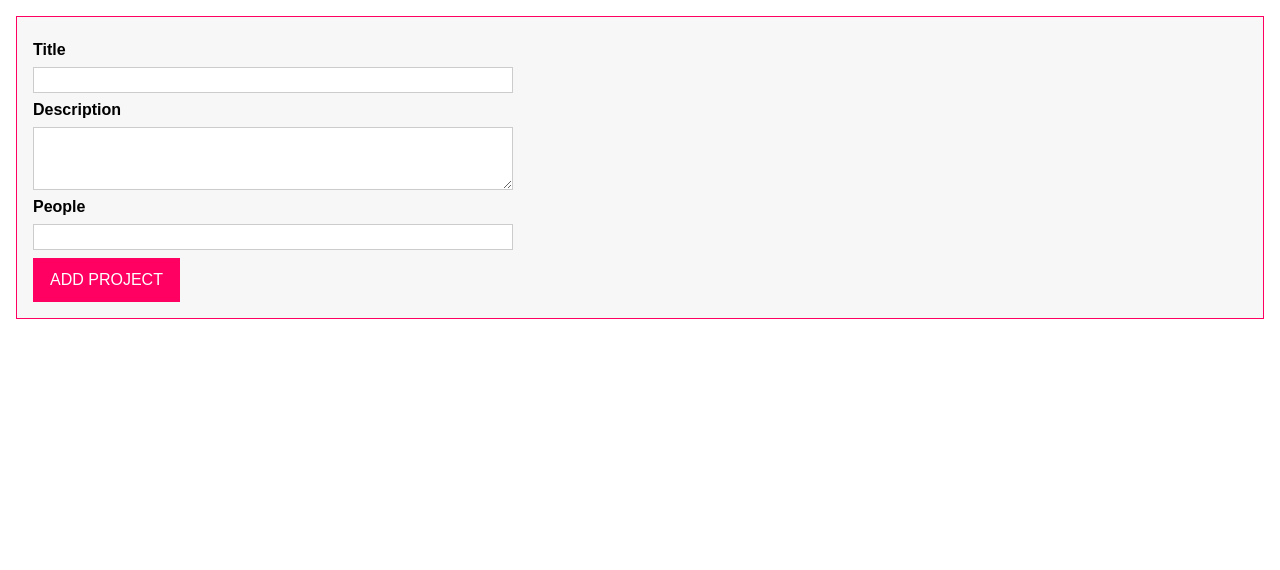
Repository: Mrkewl/drag-drop-UI-TypeScript
Page: /
The author's editor kept a copy of each file at every save. The page is drawn from the files as they stood at one save, then again after the next save.
The browser window is 1280 px wide. The pictures show the whole page.
The project was rebuilt for these pictures with package versions that can differ from the ones it lists, and the page was loaded fresh each time. Also part of the build but not shown: webpack.config.js.

Above is the page before, as saved 2022-05-04 07:50:25.

After the next save:
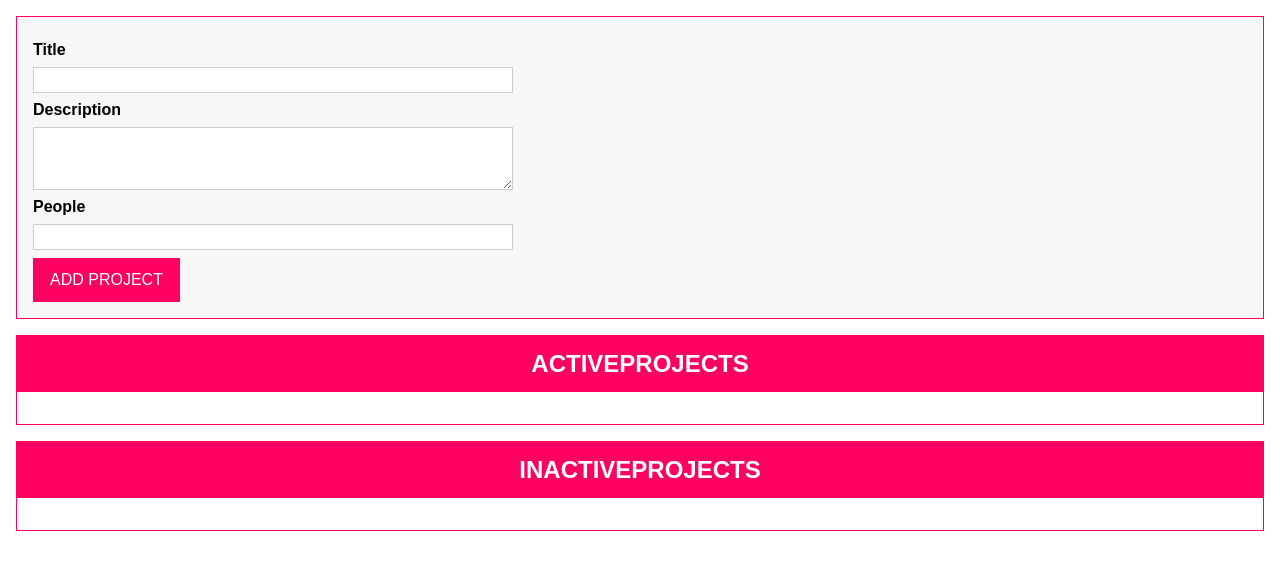
Saved 42 s later.
--- a/src/app.ts
+++ b/src/app.ts
@@ -179,3 +179,5 @@ class ProjectInput {
 }
 
 const prjInput = new ProjectInput();
+const activeProjectList = new ProjectList('active');
+const inactiveProjectList = new ProjectList('inactive');
